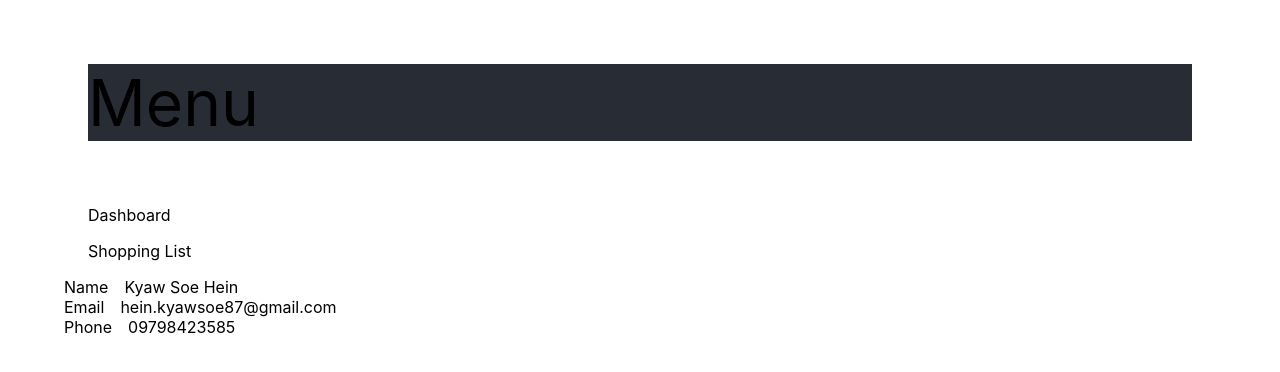
Repository: KyawSoeHein/GoogleAuthReact
Page: /
An editor plug-in stored every save of this project. The page is shown before and after the next save, followed by the edit.
The browser window is 1280 px wide. The pictures show the whole page.
The project was rebuilt for these pictures with package versions that can differ from the ones it lists, and the page was loaded fresh each time.

Above is the page before, as saved 2022-02-14 18:43:30.

### src/index.tsx
import React from "react";
import ReactDOM from "react-dom";
import "./index.css";
import App from "./App";
import Dashboard from "./View/Dashboard";
import reportWebVitals from "./reportWebVitals";

ReactDOM.render(
  <React.StrictMode>
    <Dashboard />
  </React.StrictMode>,
  document.getElementById("root")
);

// If you want to start measuring performance in your app, pass a function
// to log results (for example: reportWebVitals(console.log))
// or send to an analytics endpoint. Learn more: https://bit.ly/CRA-vitals
reportWebVitals();

### src/View/Dashboard.tsx
import React from "react";
import { Container, Grid, Stack } from "@mui/material";
import MenuSelection from "../Components/MenuSelection";

const Dashboard = () => {
  return (
    <Grid>
      <Container>
        <MenuSelection />

        <Stack direction={"row"} spacing={2}>
          <div>Name</div>
          <div>Kyaw Soe Hein</div>
        </Stack>

        <Stack direction={"row"} spacing={2}>
          <div>Email</div>
          <div>hein.kyawsoe87@gmail.com</div>
        </Stack>

        <Stack direction={"row"} spacing={2}>
          <div>Phone</div>
          <div>09798423585</div>
        </Stack>
      </Container>
    </Grid>
  );
};

export default Dashboard;

### src/Components/MenuSelection.tsx
import React from "react";
import { Container, Grid, Stack } from "@mui/material";
import "../App.css";

const MenuSelection = () => {
  return (
    <Container>
      <p className="menuSelectionTitle">Menu</p>

      <p>Dashboard</p>
      <p>Shopping List</p>
    </Container>
  );
};

export default MenuSelection;

### src/App.css
.App {
  text-align: center;
}

.App-logo {
  height: 40vmin;
  pointer-events: none;
}

@media (prefers-reduced-motion: no-preference) {
  .App-logo {
    animation: App-logo-spin infinite 20s linear;
  }
}

.App-header {
  background-color: #282c34;
  min-height: 100vh;
  display: flex;
  flex-direction: column;
  align-items: center;
  justify-content: center;
  font-size: calc(10px + 2vmin);
  color: white;
}

.App-link {
  color: #61dafb;
}

@keyframes App-logo-spin {
  from {
    transform: rotate(0deg);
  }
  to {
    transform: rotate(360deg);
  }
}

.menuSelectionTitle {
  font-size: 64px;
  background-color: #282c34;
}

Loaded but not shown: public/index.html (common file); src/index.css (common file); src/reportWebVitals.ts (common file)

After the next save:
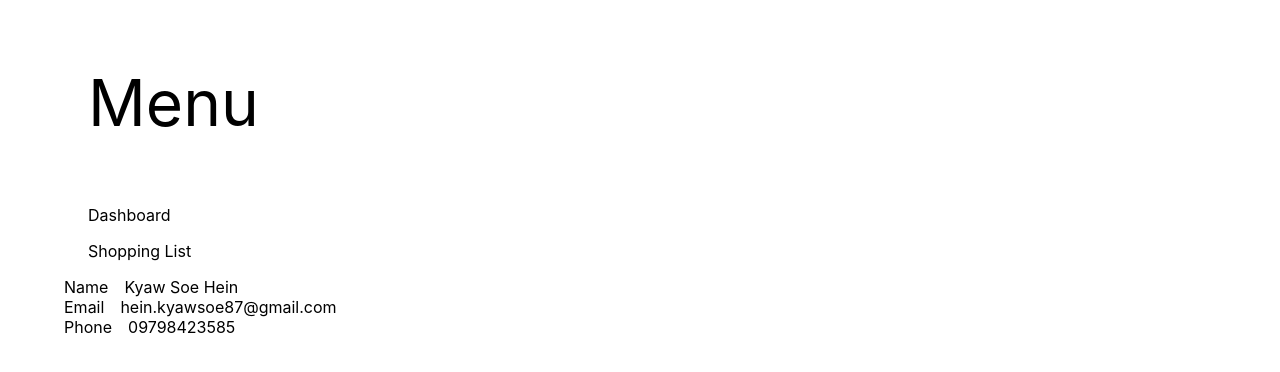
Saved 9 s later.
--- a/src/App.css
+++ b/src/App.css
@@ -39,5 +39,4 @@
 
 .menuSelectionTitle {
   font-size: 64px;
-  background-color: #282c34;
 }
